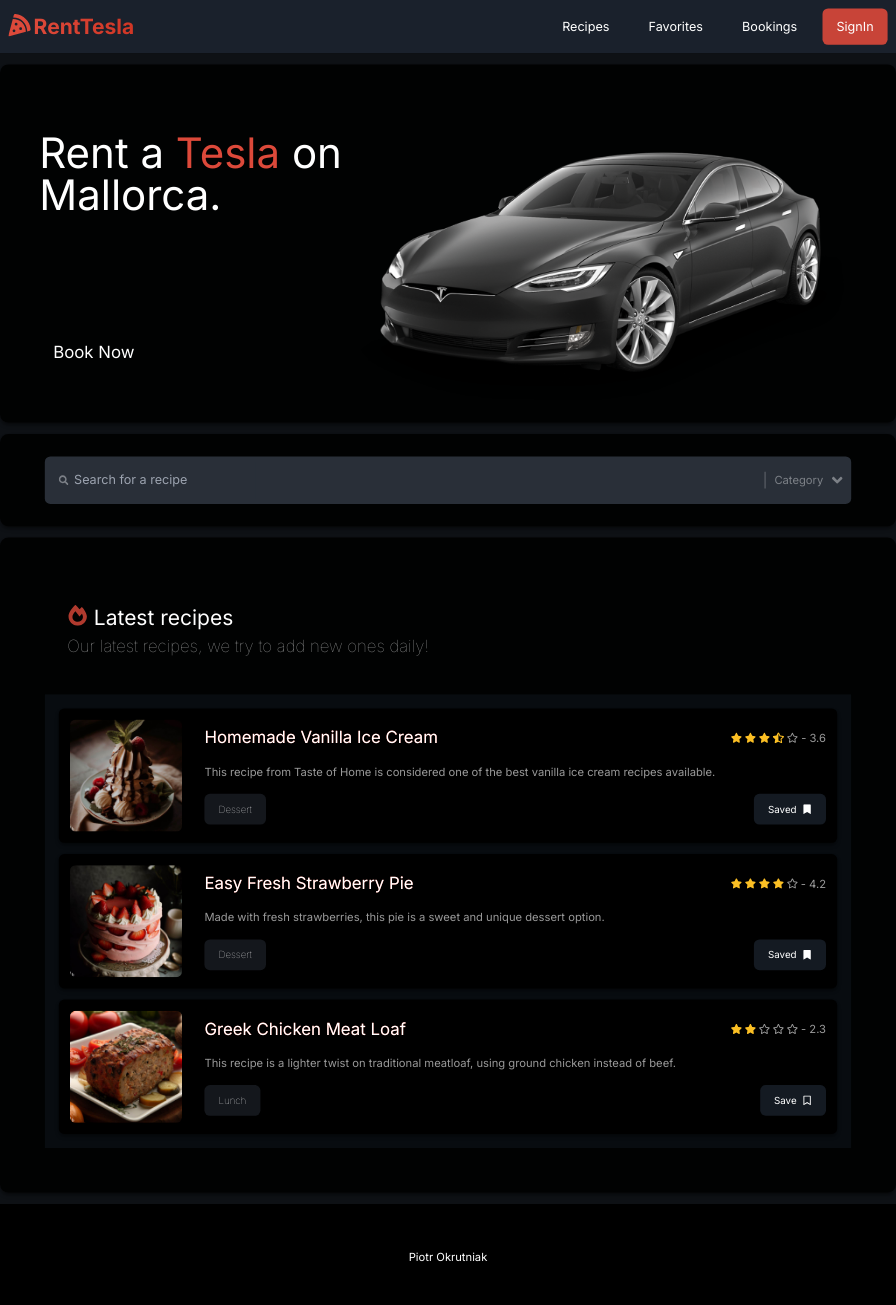
Repository: piotrokrutniak/RentallApp.UI
Page: /
The author's editor kept a copy of each file at every save. The page is drawn from the files as they stood at one save, then again after the next save.
The browser window is 1280 px wide. The pictures show the whole page, at 70% of full size.
The project was rebuilt for these pictures with package versions that can differ from the ones it lists, and the page was loaded fresh each time. The framework's server and built-in components were replaced by stand-ins that run in the browser. Also part of the build but not shown: next.config.js.

Above is the page before, as saved 2023-10-05 20:54:38.

### src/app/layout.tsx
import './globals.css'
import type { Metadata } from 'next'
import { Inter } from 'next/font/google'
import NavBar from './components/navbar/navbar'
import Footbar from './components/footbar/footbar'

const inter = Inter({ subsets: ['latin'] })

export const metadata: Metadata = {
  title: 'Recipefy',
  description: 'Website with the tastiest recipes!',
}

export default function RootLayout({
  children,
}: {
  children: React.ReactNode
}) {
  return (
    <html lang="en">
      <body className={`${inter.className} bg-black`}>
        <div className="bg-slate-600/20 min-h-screen pb-4">
        <NavBar/>
        {children}
        </div>
        <Footbar/>
      </body>
    </html>
  )
}

### src/app/page.tsx
import Image, { StaticImageData } from 'next/image'
import { FaMugHot, FaCookieBite, FaHamburger, FaFireAlt, FaBookmark, FaRegBookmark } from 'react-icons/fa'
import CookingSvg from './components/svgComponents/CookingSvg'
import Rating from './components/generic/rating'
import Button from './components/generic/button'
import tesla from '../../public/media/tesla-mirrored.png'
import lunch from '../../public/media/lunch.jpg'
import dessert from '../../public/media/dessert.jpg'
import strawberryCake from '../../public/media/recipes/strawberryCake.jpg'
import greekMeatLoaf from '../../public/media/recipes/greekMeatLoaf.jpg'
import vanillaIceCream from '../../public/media/recipes/vanillaIceCream.jpg'
import { useState } from 'react'
import { RecipeListing } from './components/generic/recipeListing'
import { Input } from 'postcss'
import SearchBar from './components/generic/searchBar'

export default function Home() {
  return (
    <main className="flex flex-col m-auto gap-4">
      <section id="header-section" className='max-w-7xl bg-black/90 m-auto w-full px-14 py-8 rounded-xl mt-4 shadow-md shadow-black/40'>
        <div className="sm:p-8 pb-14 flex justify-between">

        </div>
        <div className='w-full flex justify-between'>
          <div className="flex flex-col gap-10 justify-between pb-10 text-white">
          <h1 className="text-5xl md:text-6xl"> Rent a <span className="text-vermilion-400">Tesla</span> on Mallorca. </h1>
          <Button className="w-fit hover:bg-blue-500 bg-transparent capitalize outline-vermilion-400 outline-2 text-2xl"> Book Now </Button>
          </div>
          <div className="relative w-full h-96 left-0 flex gap-10 pt-3 overflow-x-auto m-auto justify-around select-none pb-10">
              <Image src={tesla} layout="fill" objectFit="contain" alt="Breakfast Photo" className="h-96 group-hover:opacity-50"/>
          </div>
        </div>
      </section>

      <section id="searchbar-section" className='max-w-7xl bg-black/90 px-7 m-auto w-full p-8 sm:px-16 rounded-xl shadow-md shadow-black/40 flex-col'>
        <SearchBar/>
      </section>

      <section id="top-picks-section" className='max-w-7xl bg-black/90 m-auto w-full sm:p-8 rounded-xl shadow-md shadow-black/40 flex-col'>
        <div className="lg:p-8 pb-14 flex flex-col gap-5">
          <div className="p-8">
            <h1 className="text-3xl text-white flex gap-2 pb-2" > <FaFireAlt className="opacity-80 fill-vermilion-400"/> Latest recipes</h1>
            <p className="text-2xl font-thin text-white/60 flex gap-2" > Our latest recipes, we try to add new ones daily!</p>
          </div>
          <div className="w-full h-fit p-5 bg-slate-800/25 flex flex-col gap-4">
            <RecipeListing title="Homemade Vanilla Ice Cream"
              desc="This recipe from Taste of Home is considered one of the best vanilla ice cream recipes available."
              image={vanillaIceCream}
              rating={3.6}
              saved={true}
              tags={["Dessert"]}/>
            <RecipeListing title="Easy Fresh Strawberry Pie"
              desc="Made with fresh strawberries, this pie is a sweet and unique dessert option."
              image={strawberryCake}
              rating={4.2}
              saved={true}
              tags={["Dessert"]}/>
            <RecipeListing title="Greek Chicken Meat Loaf"
              desc="This recipe is a lighter twist on traditional meatloaf, using ground chicken instead of beef."
              image={greekMeatLoaf}
              rating={2.3}
              saved={false}
              tags={["Lunch"]}/>
          </div>
        </div>
      </section>
    </main>
  )
}

### src/app/globals.css
@tailwind base;
@tailwind components;
@tailwind utilities;

:root {}

@media (prefers-color-scheme: dark) {
  :root {}
}

body {}

### src/app/components/navbar/navbar.tsx
"use client"

import { FaPizzaSlice, FaBars } from "react-icons/fa"
import { BsX } from "react-icons/bs"
import Button from "../generic/button"
import { useState } from "react"
import Link from "next/link"


export default function NavBar(){
    const [showMobile, setShowMobile] = useState(false)

    return(
        <div className="bg-black/80 sticky top-0 z-20 backdrop-blur-xl">
            <div className="w-full flex bg-slate-700/50 ">
                <div className="p-3 m-auto w-full flex max-w-7xl justify-between items-center">
                    <Link href="/">
                    <div className="flex gap-1 h-fit select-none cursor-pointer active:opacity-80 hover:border-b-2 hover:pb-1 active:pb-0
                            border-opacity-0 border-vermilion-400 hover:border-opacity-100 border-b-0 transition-all">
                        <FaPizzaSlice className="h-full w-8 fill-vermilion-400"/>
                        <h1 className="text-3xl font-bold text-transparent bg-clip-text bg-gradient-to-r from-vermilion-400 to-vermilion-500">RentTesla</h1>
                    </div>
                    </Link>
                    <div className="hidden text-lg gap-4 md:flex">
                        <Button className="text-white bg-transparent active:bg-slate-100/5 hover:bg-slate-100/5" onClick={undefined}>
                            Recipes
                        </Button>
                        <Button className="text-white bg-transparent active:bg-slate-100/5 hover:bg-slate-100/5" onClick={undefined}>
                            Favorites
                        </Button>
                        <Button className="text-white bg-transparent active:bg-slate-100/5 hover:bg-slate-100/5" onClick={undefined}>
                            Bookings
                        </Button>
                        <Button className="text-white bg-vermilion-400 active:bg-slate-100/5 hover:bg-slate-100/5" onClick={undefined}>
                            SignIn
                        </Button>
                    </div>
                    <div className="md:hidden">
                        <FaBars className="h-10 w-10 fill-white cursor-pointer hover:fill-vermilion-400 active:opacity-80" onClick={() => setShowMobile(true)}/>
                    </div>
                    <div className={`${showMobile ? "" : "translate-x-full"} absolute w-screen h-screen bg-black left-0 top-0 md:hidden transition-all z-50 ease-in-out`}>
                    <div id="mobile-header" className="flex flex-row-reverse w-full">
                        <BsX className="fill-white w-16 h-16 cursor-pointer hover:fill-vermilion-400" onClick={() => setShowMobile(false)}/>
                    </div>
                    <div id="mobile-body">XDDDDDDDDDDDDDDDDD</div>
                    </div>
                </div>
            </div>
        </div>
    )
}

### src/app/components/footbar/footbar.tsx
export default function Footbar(){
    return(
        <div className="w-full h-20 bg-black mt-16 text-center text-white">
            Piotr Okrutniak
        </div>
    )
}

### src/app/components/generic/button.tsx
import { MouseEventHandler } from "react";

export default function Button({ children, className, onClick, disabled } : { children: React.ReactNode, className: string, onClick: undefined | MouseEventHandler<HTMLButtonElement>, disabled?: boolean }){
    return(
        <button className={`${className} px-5 py-3 rounded-lg bg-blue-500 bg-opacity-90 active:bg-opacity-80 hover:bg-opacity-100 cursor-pointer transition-all flex items-center gap-2 place-items-center`}
            onClick={onClick}
            disabled={disabled}>
            {children}
        </button>
    )
}

### src/app/components/generic/recipeListing.tsx
"use client";
import Image, { StaticImageData } from "next/image"
import Rating from "./rating"
import Button from "./button"
import { FaMugHot, FaCookieBite, FaHamburger, FaFireAlt, FaBookmark, FaRegBookmark } from 'react-icons/fa'
import { useState } from "react"

export function RecipeListing({rating = 0, title, desc, tags, image, saved,}:
    {rating: number | undefined, title: string | undefined, desc: string | undefined, tags: string[], image: StaticImageData | string, saved: boolean }){
      const [isSaved, setSaved] = useState(saved)

      return(
        <div className="w-full p-4 md:h-48 bg-black hover:bg-slate-500/20 rounded-lg shadow-md shadow-black/40 flex flex-col md:flex-row md:justify-between gap-8 items-center text-white group">
          <div className='h-64 w-full md:w-40 md:h-40 shrink-0 rounded-lg overflow-hidden relative cursor-pointer'>
            <Image src={image} layout="fill" objectFit="cover" alt="Breakfast Photo"/>
          </div>
          <div className="h-fit w-full items-center">
            <div className="flex justify-between items-center">
              <h1 className="text-2xl cursor-pointer bg-clip-text hover:text-transparent bg-gradient-to-r from-vermilion-500 to-vermilion-400">{title ?? "Recipe Name"}</h1>
              <Rating rating={rating}/>
            </div>
            <div className="flex justify-between items-center pt-5">
              <p className="text-white/60">{desc ?? "Description"}</p>
            </div>
            <div className="flex justify-between items-center pt-5">
              {tags.map(x => <Button className="bg-slate-500/20 hover:bg-slate-500/40 text-sm font-thin py-1" onClick={undefined}>{x}</Button>)}
              <Button className="bg-slate-700/40 hover:bg-vermilion-500/90 active:opacity-80 text-sm font-normal py-1 transition-all flex items-center gap-2"
                onClick={() => setSaved(x => !x)}>
                {isSaved ? <>Saved <FaBookmark/></> : <>Save <FaRegBookmark/></>}
                </Button>
            </div>
          </div>
        </div>
      )
  }

### src/app/components/generic/searchBar.tsx
"use client"
import { Dispatch, SetStateAction, useState } from "react"
import { BsX } from "react-icons/bs"
import { FaSearch, FaAngleDown } from "react-icons/fa"

export default function SearchBar(){
    const [dropdownOpened, setDropdownOpened] = useState(false)
    const [chosenOption, setChosenOption] = useState("")

    function ToggleDropdownOpened(){
        setDropdownOpened(x => !x)
    }

    return(
        <div className="bg-slate-500/40 rounded-lg flex pl-5 gap-2 items-center focus-within:bg-slate-500/50 transition-colors ease-in">
            <FaSearch className="fill-slate-50/40"/>
            <input type="text" placeholder="Search for a recipe" className="bg-transparent p-5 pl-0 text-white w-full outline-none text-lg border-none"/>

            <div className="flex text-slate-50 cursor-pointer border-l-2 pl-3 border-white/20 relative">
                <div className="flex opacity-40 hover:opacity-60 active:opacity-40 transition-opacity" onClick={() => ToggleDropdownOpened()}>

                {chosenOption || "Category"}
                <FaAngleDown className={`${dropdownOpened ? "rotate-180" : ""} fill-slate-50 w-10 h-6 transition-all`}/>
                </div>

                <div className={`${dropdownOpened ? "block" : "hidden"} absolute top-14 right-0 h-44 w-56 bg-black rounded-lg overflow-hidden`}>
                    <div className="w-full h-full bg-slate-500/50 overflow-y-auto pt-0">
                        <DropdownOption toggleDropdownOpened={ToggleDropdownOpened} setChosenOption={setChosenOption} chosenOption={chosenOption} text="Breakfast"/>
                        <DropdownOption toggleDropdownOpened={ToggleDropdownOpened} setChosenOption={setChosenOption} chosenOption={chosenOption} text="Lunch"/>
                        <DropdownOption toggleDropdownOpened={ToggleDropdownOpened} setChosenOption={setChosenOption} chosenOption={chosenOption} text="Dessert"/>
                        <DropdownOption toggleDropdownOpened={ToggleDropdownOpened} setChosenOption={setChosenOption} chosenOption={chosenOption} text="Dinner"/>
                        <DropdownOption toggleDropdownOpened={ToggleDropdownOpened} setChosenOption={setChosenOption} chosenOption={chosenOption} text="Appetizer"/>
                        <DropdownOption toggleDropdownOpened={ToggleDropdownOpened} setChosenOption={setChosenOption} chosenOption={chosenOption} text="Pastries"/>
                    </div>
                </div>
            </div>
        </div>
    )
}

function DropdownOption({setChosenOption, toggleDropdownOpened, text, chosenOption} :
    {setChosenOption: Dispatch<SetStateAction<string>>, toggleDropdownOpened: () => void, text: string, chosenOption: string}){
    const [isChecked, setIsChecked] = useState(false)

    function UnCheck(): void{
        setChosenOption("")
        setIsChecked(false)
    }

    function Check(): void{
        setChosenOption(text)
        toggleDropdownOpened()
        setIsChecked(true)
    }

    return(
        <div className={`${chosenOption == text ? "bg-black/30 font-bold" : ""} hover:bg-slate-100/10 px-3 py-2 flex justify-between`}>
                <div className="w-full" onClick={() => Check()}>
                    {text}
                </div>
                <div className="flex">
                    {chosenOption == text ? <UncheckButton onClick={UnCheck}/> : <></>}
                </div>
        </div>
    )
}

function UncheckButton({onClick} : {onClick: () => void}){
    return(
    <BsX className="w-6 h-6 hover:fill-red-500 hover:scale-110 active:scale-100" onClick={() => onClick()}/>
    )
}

### src/app/components/generic/rating.tsx
import { FaStar, FaStarHalf, FaStarHalfAlt, FaRegStar} from 'react-icons/fa'
import { IconType } from 'react-icons'

export default function Rating({rating = 0,}: {rating: number | undefined | void}){
    const defaultRating: boolean[] = [false, false, false, false, false]

    const initRating: number = rating

    const ratings: React.JSX.Element[] = []

    for(let i: number = 0; i < 5; i++){
        rating >= 1 ?  ratings.push(<Star filled={true}/>) : ratings.push(rating >= 0.5 ? <HalfStar/> : <Star filled={false}/>)
        rating -= 1;
    }



    return(
        <div className="flex gap-1 items-center shrink-0 text-white/60">
            {ratings} - {initRating}
        </div>
    )
}

function Star({filled = false,}: {filled: boolean}){
    return filled ? <FaStar className="fill-amber-400"/> : <FaRegStar/>
}

function HalfStar(){
    return <FaStarHalfAlt className="fill-amber-400"/>
}

### tailwind.config.js
/** @type {import('tailwindcss').Config} */
module.exports = {
  content: [
    './src/pages/**/*.{js,ts,jsx,tsx,mdx}',
    './src/components/**/*.{js,ts,jsx,tsx,mdx}',
    './src/app/**/*.{js,ts,jsx,tsx,mdx}',
  ],
  theme: {
    extend: {
      backgroundImage: {
        'gradient-radial': 'radial-gradient(var(--tw-gradient-stops))',
        'gradient-conic':
          'conic-gradient(from 180deg at 50% 50%, var(--tw-gradient-stops))',
      },
      height:{
        '112': '28rem',
        '128': '32rem',
      },
      width:{
        '112': '28rem',
        '128': '32rem',
      },
      colors:{
        "emerald":{
          "50": "#b0fde8",
          "100": "#60FBD2",
          "200": "#24F9C1",
          "400": "#06EFB1",
          "500": "#06d6a0",
        },
        "paygray":{
          "50": "#CED9DE",
          "100": "#aabcc5",
          "200": "#7996A4",
          "400": "#638292",
          "500": "#5A7684",
        },
        "vermilion":{
          "50": "#f0afa8",
          "100": "#ea8f85",
          "200": "#E06052",
          "400": "#dc493a",
          "500": "#d03625",
        },

      },
      minWidth:{
        'mobile': '360px',
        '54': '258px',
      },
      screens:{
        'xs': '580px',
        '850': '850px',
      },
    },
  },
  plugins: [],
}

After the next save:
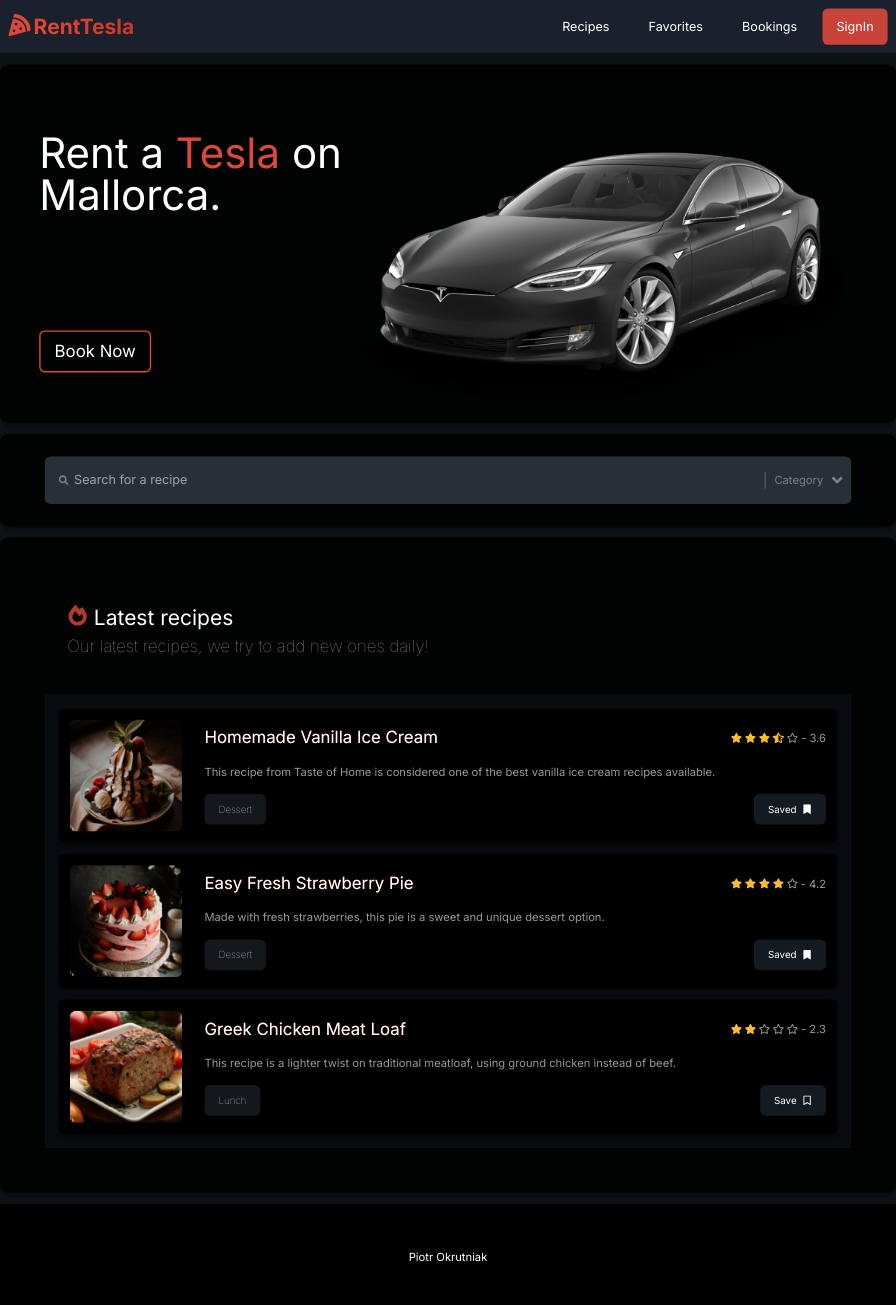
Saved 8 s later.
--- a/src/app/page.tsx
+++ b/src/app/page.tsx
@@ -24,7 +24,7 @@
         <div className='w-full flex justify-between'>
           <div className="flex flex-col gap-10 justify-between pb-10 text-white">
           <h1 className="text-5xl md:text-6xl"> Rent a <span className="text-vermilion-400">Tesla</span> on Mallorca. </h1>
-          <Button className="w-fit hover:bg-blue-500 bg-transparent capitalize outline-vermilion-400 outline-2 text-2xl"> Book Now </Button>
+          <Button className="w-fit hover:bg-blue-500 bg-transparent capitalize border-vermilion-400 border-2 text-2xl"> Book Now </Button>
           </div>
           <div className="relative w-full h-96 left-0 flex gap-10 pt-3 overflow-x-auto m-auto justify-around select-none pb-10">
               <Image src={tesla} layout="fill" objectFit="contain" alt="Breakfast Photo" className="h-96 group-hover:opacity-50"/>
